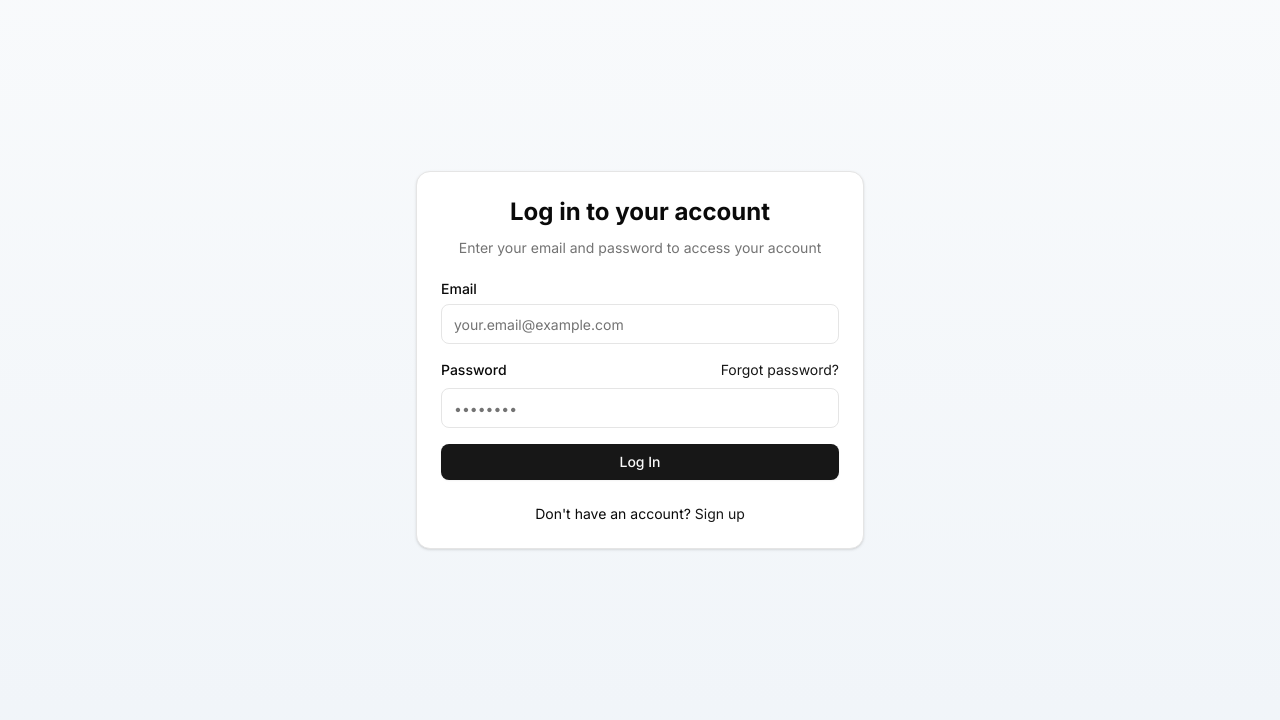
Repository: davidsaas/trustplacev2
Page: /login
These files come from the project's save history. The page is drawn as it stood at one moment and after the next save; the edit follows.
The browser window is 1280 px wide. The pictures show the whole page.
The project was rebuilt for these pictures with package versions that can differ from the ones it lists, and the page was loaded fresh each time. The framework's server and built-in components were replaced by stand-ins that run in the browser. Also part of the build but not shown: next.config.ts, src/components/ui/alert.tsx, src/components/ui/dropdown-menu.tsx. Imported but missing from the stored project, and not drawn on this page: src/components/ui/avatar.

Above is the page before, as saved 2025-03-05 15:31:26.

After the next save:
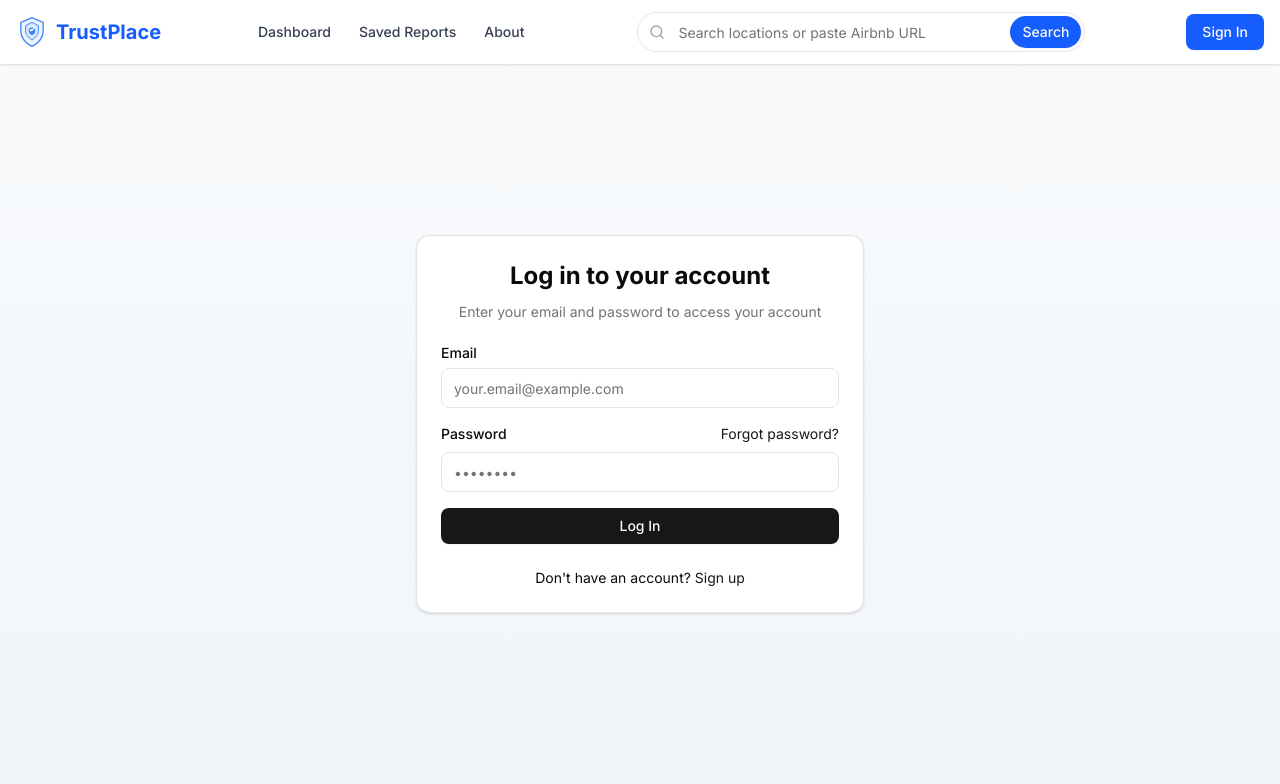
Saved 10 s later.
--- a/src/app/layout.tsx
+++ b/src/app/layout.tsx
@@ -1,19 +1,13 @@
-import type { Metadata, Viewport } from "next";
+import type { Metadata } from "next";
 import { Inter } from "next/font/google";
 import "./globals.css";
-import { ThemeProvider } from "@/components/providers/theme-provider";
+import { Navbar } from "@/components/navbar";
 
 const inter = Inter({ subsets: ["latin"] });
 
 export const metadata: Metadata = {
-  title: "AirSafe - Airbnb Safety Report",
-  description: "Get comprehensive safety reports for Airbnb listings in NYC and LA.",
-};
-
-export const viewport: Viewport = {
-  width: "device-width",
-  initialScale: 1,
-  maximumScale: 1,
+  title: "TrustPlace - Safe Airbnb Stays",
+  description: "Find safe and trusted Airbnb stays with TrustPlace",
 };
 
 export default function RootLayout({
@@ -22,16 +16,10 @@ export default function RootLayout({
   children: React.ReactNode;
 }>) {
   return (
-    <html lang="en" suppressHydrationWarning>
+    <html lang="en">
       <body className={inter.className}>
-        <ThemeProvider
-          attribute="class"
-          defaultTheme="system"
-          enableSystem
-          storageKey="airsafe-theme"
-        >
-          {children}
-        </ThemeProvider>
+        <Navbar />
+        {children}
       </body>
     </html>
   );
